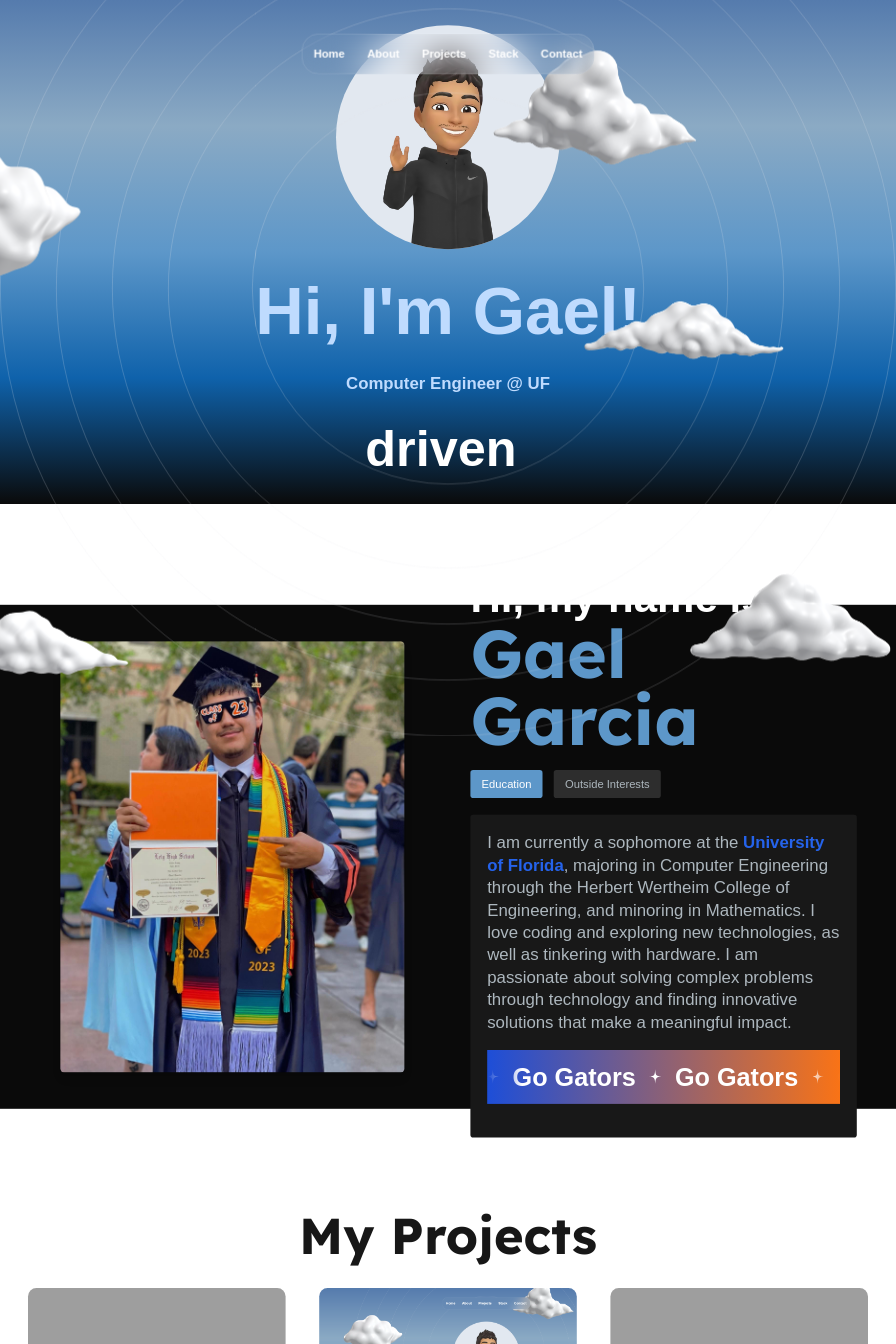
Repository: GG1627/2d-portfolio
Page: /
These files come from the project's save history. The page is drawn as it stood at one moment and after the next save; the edit follows.
The browser window is 1280 px wide. The pictures show the part of the page from y = 0 to 1920 px (the page is 5896 px tall), at 70% of full size.
Pictures or frames that could not be fetched are drawn as grey boxes. Some web fonts or font styles are not loaded; a fallback is used. The project was rebuilt for these pictures with package versions that can differ from the ones it lists, and the page was loaded fresh each time. The framework's server and built-in components were replaced by stand-ins that run in the browser. Also part of the build but not shown: next.config.ts.

Above is the page before, as saved 2025-01-08 15:18:21.

After the next save:
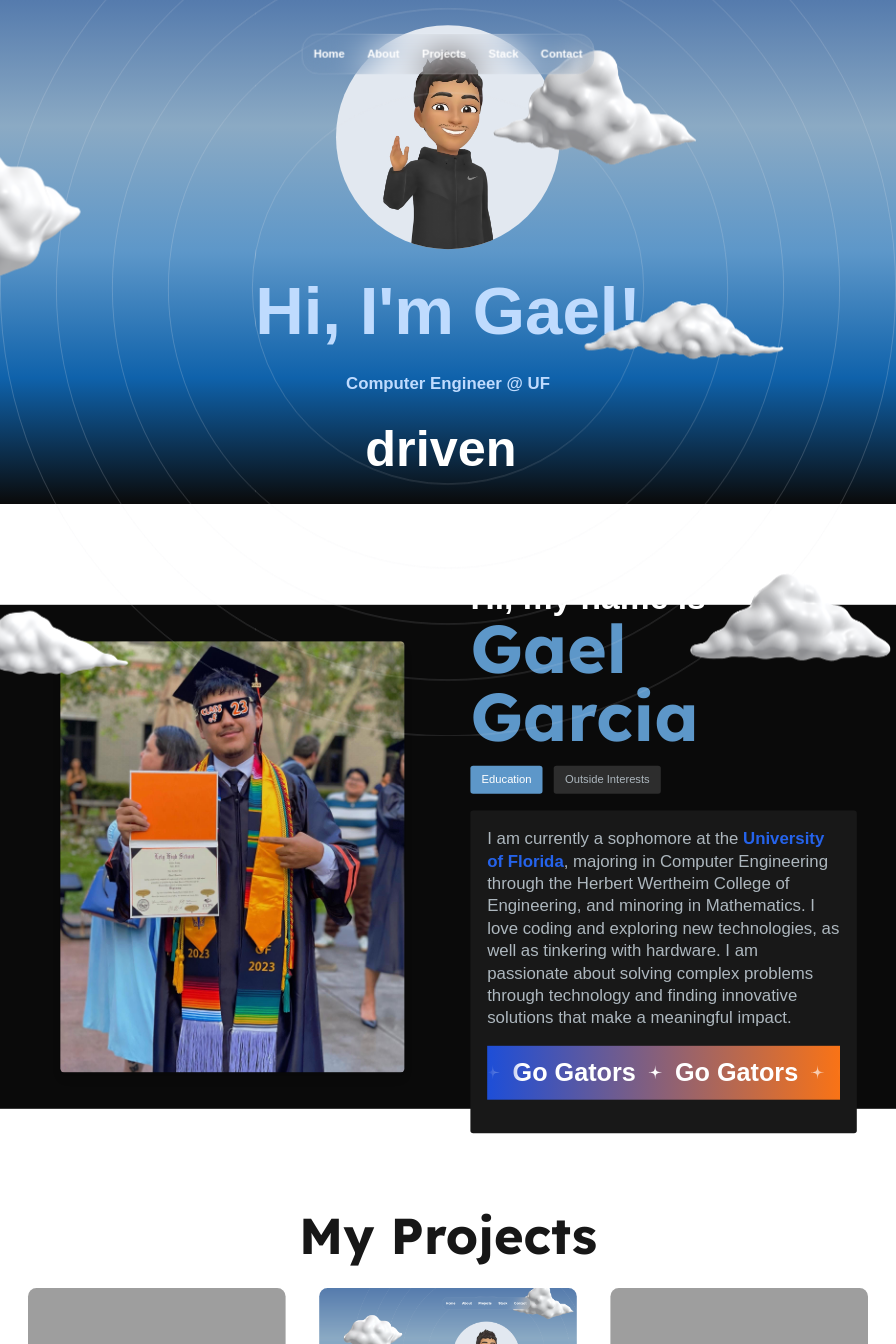
Saved 9 s later.
--- a/app/sections/About.tsx
+++ b/app/sections/About.tsx
@@ -36,7 +36,7 @@
       </div>
 
       <div className="flex-grow md:basis-1/2 flex flex-col justify-center items-start p-8">
-        <h1 className="text-6xl font-bold mb-6">
+        <h1 className="text-5xl font-bold mb-6">
           <span>Hi, my name is</span>
           <br />
           <span className="text-[#5D97C9] font-lexend text-8xl">
